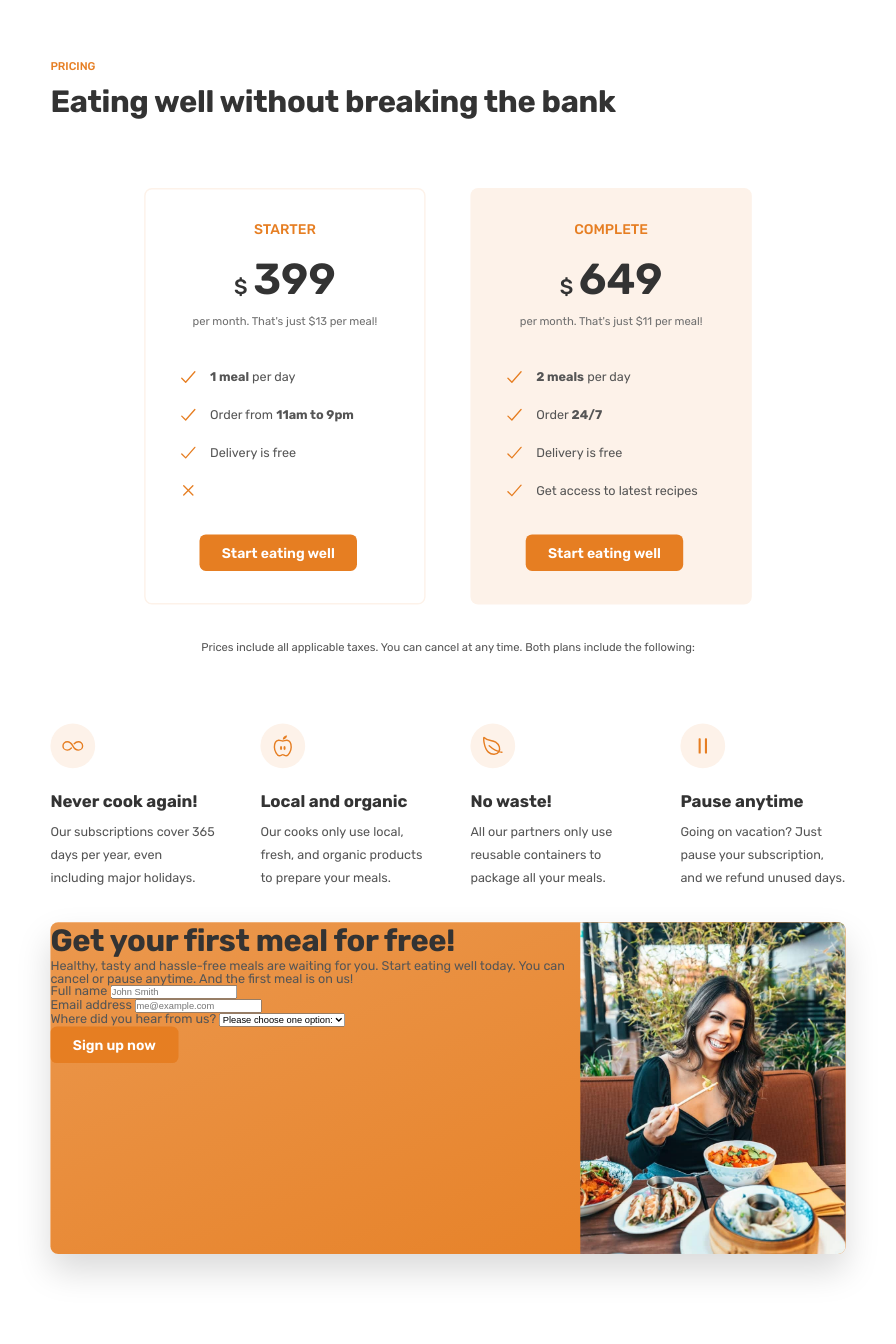
Repository: longvuht/omnifood-vu-nl
Page: index.html
These files come from the project's save history. The page is drawn as it stood at one moment and after the next save; the edit follows.
The browser window is 1280 px wide. The pictures show the part of the page from y = 4521 to 6441 px (the page is 6441 px tall), at 70% of full size.
The style sheet was rebuilt from its Sass, Less or Tailwind sources for each picture, by a compiler version that may differ from the author's.

Above is the page before, as saved 2022-09-20 18:37:11.

After the next save:
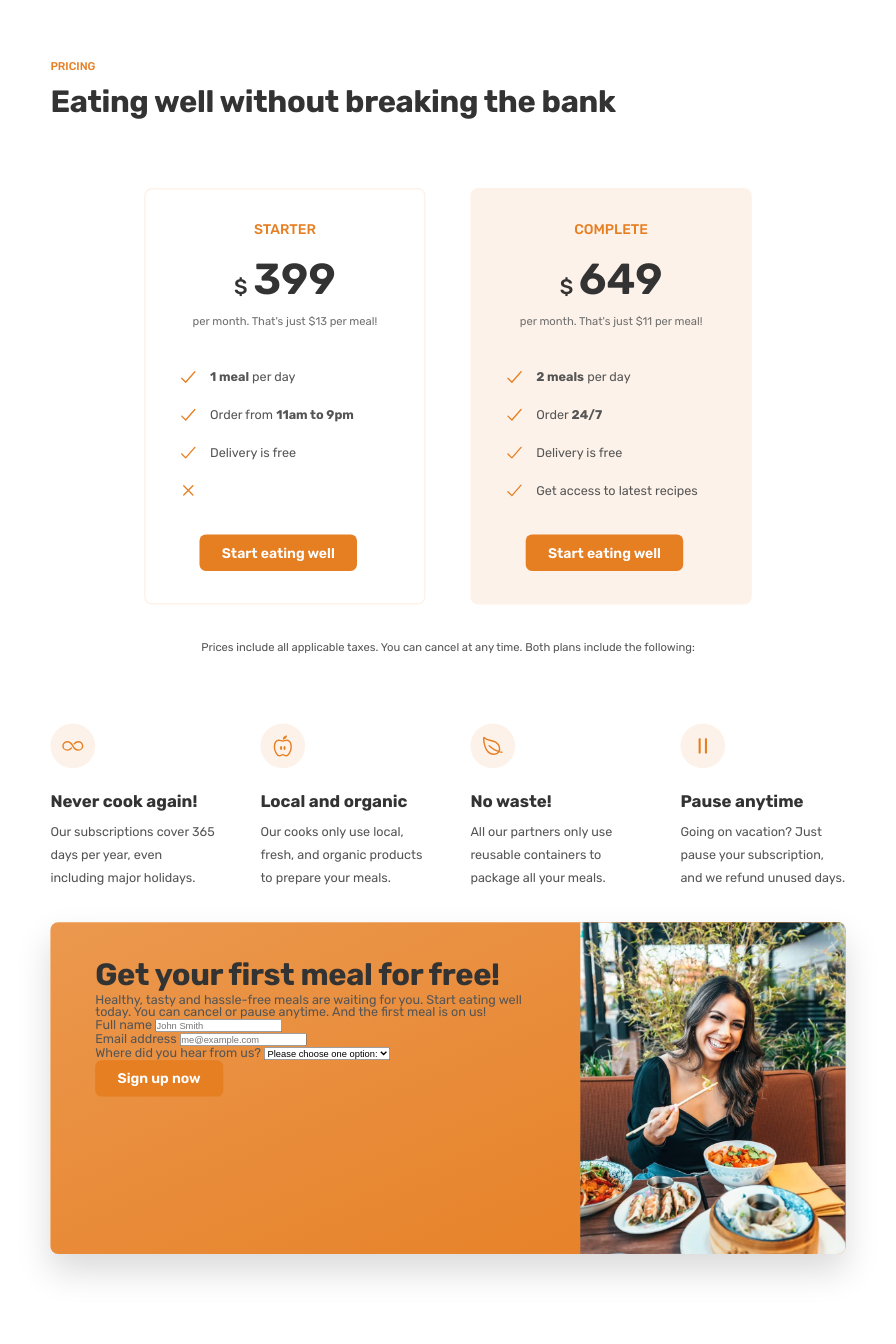
Saved 12 s later.
--- a/sass/_cta.scss
+++ b/sass/_cta.scss
@@ -9,5 +9,6 @@
     border-radius: 1.1rem;
   }
   &__register {
+    padding: 4.8rem 6.4rem;
   }
 }
